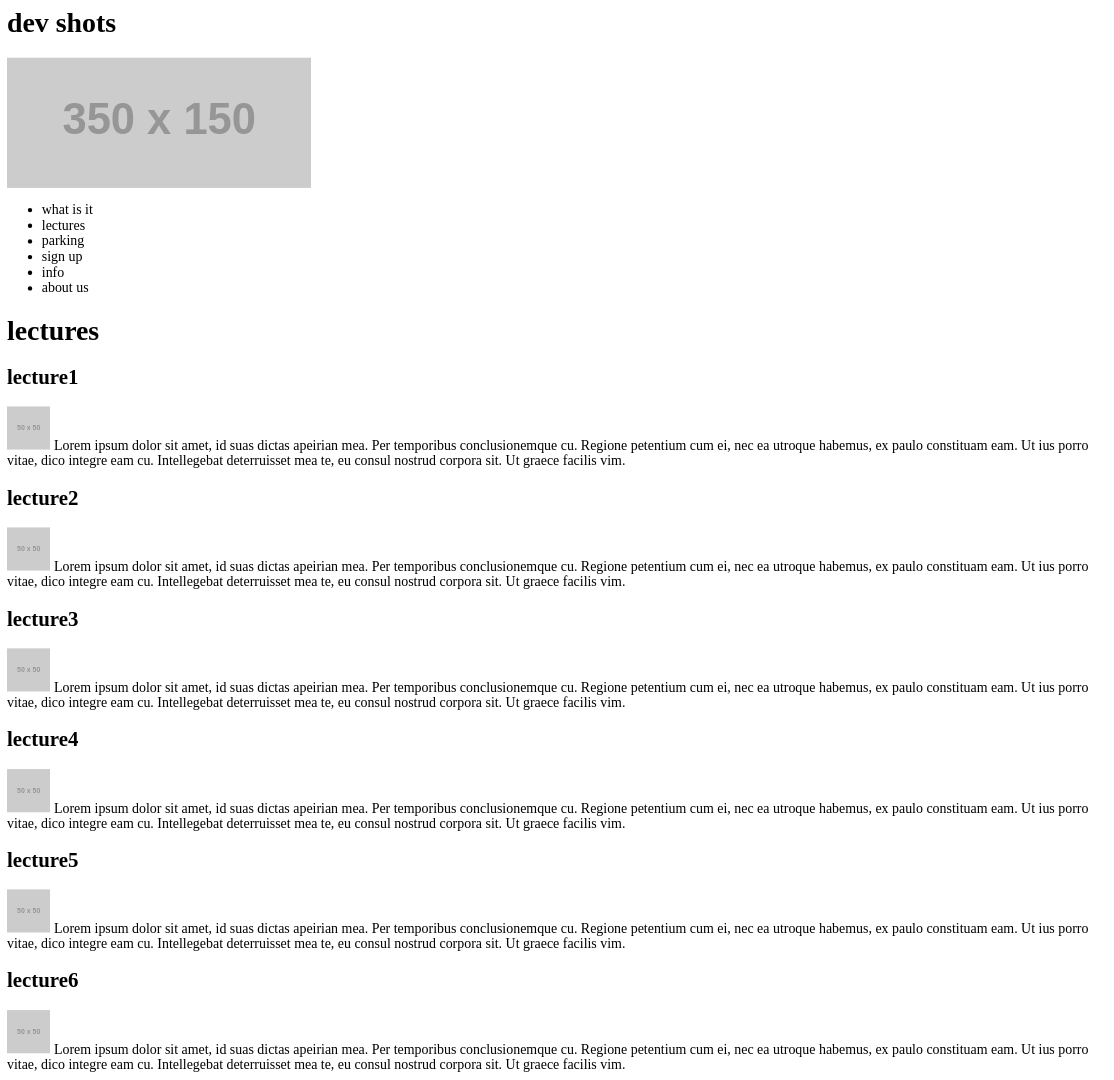
Repository: innaplx/exercises-devshots-html4-part1
Page: index.html
The author's editor kept a copy of each file at every save. The page is drawn from the files as they stood at one save, then again after the next save.
The browser window is 1280 px wide. The pictures show the whole page, at 87% of full size.

Above is the page before, as saved 2018-08-17 19:48:17.

After the next save:
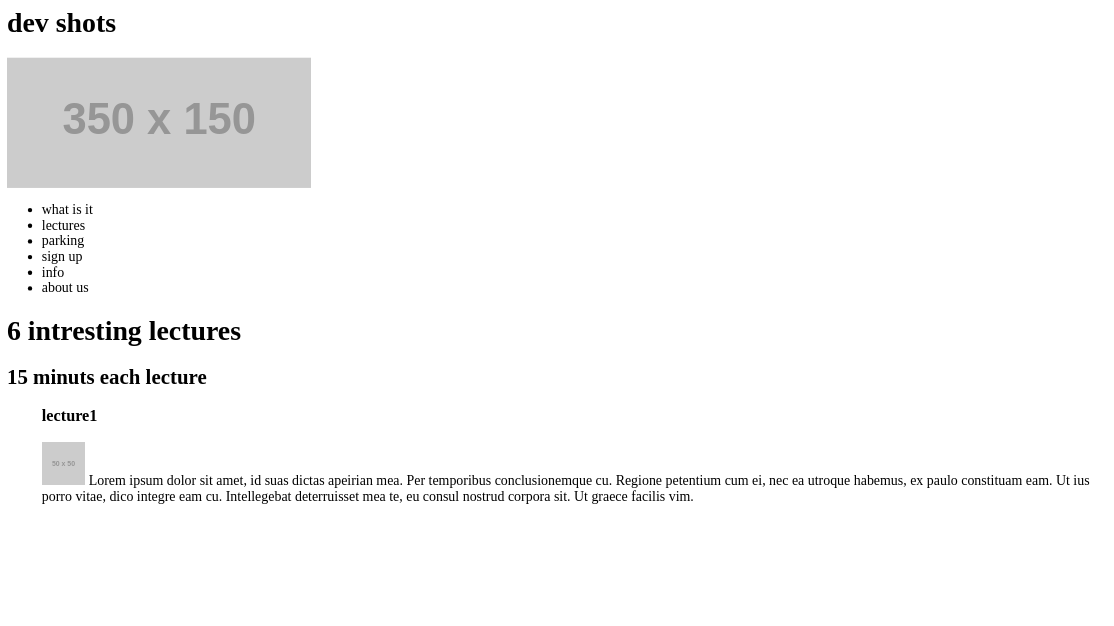
Saved 5 min 13 s later.
--- a/index.html
+++ b/index.html
@@ -16,38 +16,18 @@
     </head>
 
     <body>
-        <h1>lectures</h1>
+        <h1>6 intresting lectures</h1>
+        <h2>15 minuts each lecture</h2>
 
-            <div>
-                <h2>lecture1</h2>
+            <ul>
+                <il>
+                <h3>lecture1</h2>
                 <a href="https://placeholder.com"><img src="https://via.placeholder.com/50x50"></a>
                 <text>Lorem ipsum dolor sit amet, id suas dictas apeirian mea. Per temporibus conclusionemque cu. Regione petentium cum ei, nec ea utroque habemus, ex paulo constituam eam. Ut ius porro vitae, dico integre eam cu. Intellegebat deterruisset mea te, eu consul nostrud corpora sit. Ut graece facilis vim.</text>
-            </div>
-            <div>
-                    <h2>lecture2</h2>
-                    <a href="https://placeholder.com"><img src="https://via.placeholder.com/50x50"></a>
-                    <text>Lorem ipsum dolor sit amet, id suas dictas apeirian mea. Per temporibus conclusionemque cu. Regione petentium cum ei, nec ea utroque habemus, ex paulo constituam eam. Ut ius porro vitae, dico integre eam cu. Intellegebat deterruisset mea te, eu consul nostrud corpora sit. Ut graece facilis vim.</text>
-                </div>
-                <div>
-                        <h2>lecture3</h2>
-                        <a href="https://placeholder.com"><img src="https://via.placeholder.com/50x50"></a>
-                        <text>Lorem ipsum dolor sit amet, id suas dictas apeirian mea. Per temporibus conclusionemque cu. Regione petentium cum ei, nec ea utroque habemus, ex paulo constituam eam. Ut ius porro vitae, dico integre eam cu. Intellegebat deterruisset mea te, eu consul nostrud corpora sit. Ut graece facilis vim.</text>
-                    </div>
-                    <div>
-                            <h2>lecture4</h2>
-                            <a href="https://placeholder.com"><img src="https://via.placeholder.com/50x50"></a>
-                            <text>Lorem ipsum dolor sit amet, id suas dictas apeirian mea. Per temporibus conclusionemque cu. Regione petentium cum ei, nec ea utroque habemus, ex paulo constituam eam. Ut ius porro vitae, dico integre eam cu. Intellegebat deterruisset mea te, eu consul nostrud corpora sit. Ut graece facilis vim.</text>
-                        </div>
-                        <div>
-                                <h2>lecture5</h2>
-                                <a href="https://placeholder.com"><img src="https://via.placeholder.com/50x50"></a>
-                                <text>Lorem ipsum dolor sit amet, id suas dictas apeirian mea. Per temporibus conclusionemque cu. Regione petentium cum ei, nec ea utroque habemus, ex paulo constituam eam. Ut ius porro vitae, dico integre eam cu. Intellegebat deterruisset mea te, eu consul nostrud corpora sit. Ut graece facilis vim.</text>
-                            </div>
-                            <div>
-                                    <h2>lecture6</h2>
-                                    <a href="https://placeholder.com"><img src="https://via.placeholder.com/50x50"></a>
-                                    <text>Lorem ipsum dolor sit amet, id suas dictas apeirian mea. Per temporibus conclusionemque cu. Regione petentium cum ei, nec ea utroque habemus, ex paulo constituam eam. Ut ius porro vitae, dico integre eam cu. Intellegebat deterruisset mea te, eu consul nostrud corpora sit. Ut graece facilis vim.</text>
-                                </div>
+              </il>
+
+            </ul>
+
 
 
 
